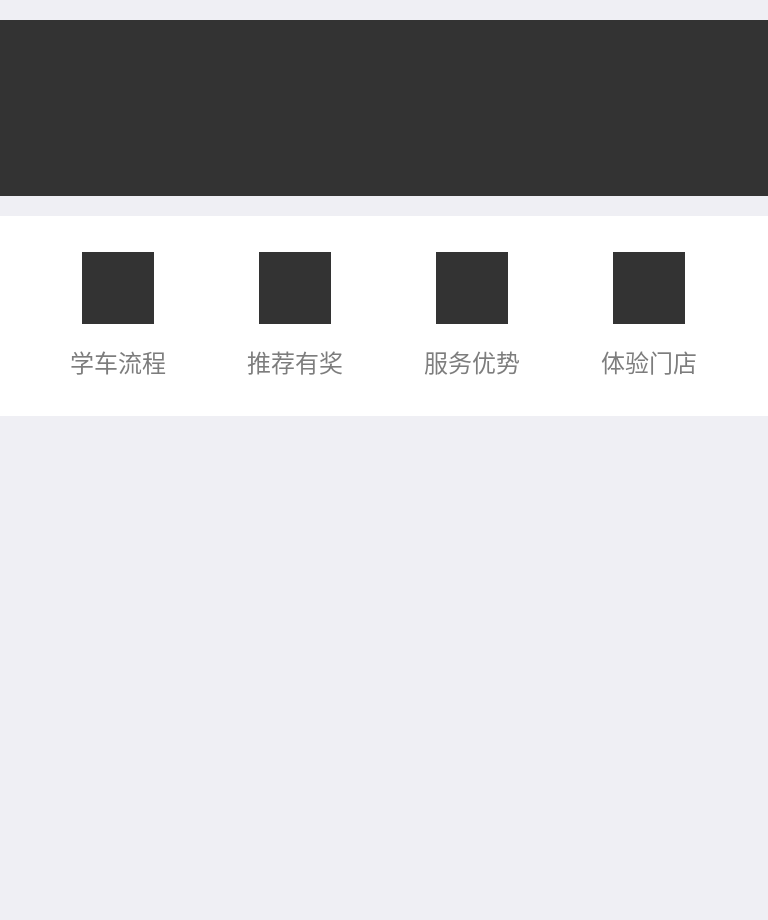
Repository: BugBang/paipaixueche
Layout: DGJP/res/layout/act_home_pager.xml
These files come from the project's save history. The layout is drawn as it stood at one moment and after the next save; the edit follows.
The pictures show rows 360 to 1280 of an output 1280 px tall.
It is drawn on a 768 x 1280 px phone screen (xhdpi) without system bars, with theme android:Theme; the app's code is not run.

Above is the layout before, as saved 2016-11-11 08:40:35.

### DGJP/res/layout/act_home_pager.xml
<?xml version="1.0" encoding="utf-8"?>

<LinearLayout
    xmlns:android="http://schemas.android.com/apk/res/android"
    xmlns:app="http://schemas.android.com/apk/res-auto"
    android:layout_width="match_parent"
    android:background="@color/gray_bg"
    android:layout_height="match_parent"
    android:orientation="vertical" >
    <RelativeLayout
        android:layout_width="match_parent"
	    android:layout_height="180dp">
       <!-- -->  <com.session.dgjp.view.CarouselView
	        android:id="@+id/top_ad_view"
	        android:layout_width="match_parent"
		    android:layout_height="180dp"
        />
        <RelativeLayout
            android:background="@android:color/transparent"
            android:orientation="horizontal"
            android:layout_width="match_parent"
            android:layout_height="@dimen/view_48"
            >
            <TextView
                android:id="@+id/tv_local"
                android:textColor="@color/white"
                android:layout_centerVertical="true"
                android:layout_marginLeft="@dimen/view_20"
                android:layout_width="wrap_content"
                android:layout_height="wrap_content"
                android:textSize="@dimen/text_medium_xx"
                android:text="@string/home_tv_local"
                />
            <TextView
                android:textColor="@color/white"
                android:layout_centerInParent="true"
                android:layout_width="wrap_content"
                android:layout_height="wrap_content"
                android:textSize="@dimen/text_title"
                android:text="@string/home_tv_title"
                />
            <TextView
                android:id="@+id/tv_call"
                android:textColor="@color/white"
                android:layout_centerVertical="true"
                android:layout_alignParentRight="true"
                android:layout_marginRight="@dimen/view_20"
                android:layout_width="wrap_content"
                android:layout_height="wrap_content"
                android:textSize="@dimen/text_medium_xx"
                android:text="@string/home_tv_call"
                />
        </RelativeLayout>
    </RelativeLayout>

    <ImageView
        android:layout_marginTop="@dimen/view_10"
        android:layout_width="match_parent"
        android:layout_height="@dimen/view_88"
        android:background="@color/black_333333"
        />

    <LinearLayout
        android:paddingLeft="@dimen/view_15"
        android:paddingRight="@dimen/view_15"
        android:orientation="horizontal"
        android:background="@color/white"
        android:layout_marginTop="@dimen/view_10"
        android:layout_width="match_parent"
        android:layout_height="@dimen/view_100"
        >
        <LinearLayout
            android:orientation="vertical"
            android:layout_width="0dp"
            android:layout_weight="1"
            android:gravity="center"
            android:layout_height="match_parent"
            >
            <ImageView
                android:layout_width="@dimen/view_36"
                android:layout_height="@dimen/view_36"
                android:background="@color/black_333333"
                />
            <TextView
                android:layout_marginTop="10dp"
                android:gravity="center"
                android:layout_width="match_parent"
                android:layout_height="wrap_content"
                android:text="学车流程"
                android:textSize="@dimen/text_medium_x"
                android:textColor="@color/text_gray_dark2"
                />

        </LinearLayout>
        <LinearLayout
            android:orientation="vertical"
            android:layout_width="0dp"
            android:layout_weight="1"
            android:gravity="center"
            android:layout_height="match_parent"
            >
            <ImageView
                android:layout_width="@dimen/view_36"
                android:layout_height="@dimen/view_36"
                android:background="@color/black_333333"
                />
            <TextView
                android:layout_marginTop="10dp"
                android:gravity="center"
                android:layout_width="match_parent"
                android:layout_height="wrap_content"
                android:text="推荐有奖"
                android:textSize="@dimen/text_medium_x"
                android:textColor="@color/text_gray_dark2"
                />
        </LinearLayout>
        <LinearLayout
            android:orientation="vertical"
            android:layout_width="0dp"
            android:layout_weight="1"
            android:gravity="center"
            android:layout_height="match_parent"
            >
            <ImageView
                android:layout_width="@dimen/view_36"
                android:layout_height="@dimen/view_36"
                android:background="@color/black_333333"
                />
            <TextView
                android:layout_marginTop="10dp"
                android:gravity="center"
                android:layout_width="match_parent"
                android:layout_height="wrap_content"
                android:text="服务优势"
                android:textSize="@dimen/text_medium_x"
                android:textColor="@color/text_gray_dark2"
                />

        </LinearLayout>
        <LinearLayout
            android:orientation="vertical"
            android:layout_width="0dp"
            android:gravity="center"
            android:layout_weight="1"
            android:layout_height="match_parent"
            >
            <ImageView
                android:layout_width="@dimen/view_36"
                android:layout_height="@dimen/view_36"
                android:background="@color/black_333333"
                />
            <TextView
                android:layout_marginTop="10dp"
                android:gravity="center"
                android:layout_width="match_parent"
                android:layout_height="wrap_content"
                android:text="体验门店"
                android:textSize="@dimen/text_medium_x"
                android:textColor="@color/text_gray_dark2"
                />
        </LinearLayout>


    </LinearLayout>

    <LinearLayout
        android:layout_marginTop="10dp"
        android:layout_width="match_parent"
        android:layout_height="160dp"
        android:orientation="horizontal"
        >
        <LinearLayout
            android:layout_width="0dp"
            android:layout_weight="1"
            android:layout_height="match_parent"
            >

        </LinearLayout>

         <LinearLayout
            android:layout_width="0dp"
            android:layout_weight="1"
            android:layout_height="match_parent"
            >

        </LinearLayout>

    </LinearLayout>

</LinearLayout>

### DGJP/res/values/colors.xml
<?xml version="1.0" encoding="utf-8"?>
<resources>

    <color name="common_background">#EBEBEB</color>
    <color name="common_background_transparent">#AAEBEBEB</color>
    <color name="dialog_background">#EEEEEE</color>
    <color name="text_title">#555555</color>
    <color name="divider">#D2D2D2</color>
    <color name="blue">#1990DE</color>
    <color name="blue_00BFF3">#00BFF3</color>
    <color name="red">#FF3000</color>
    <color name="red_FF0808">#FF0808</color>
    <color name="red_pressed">#DD2222</color>
    <color name="pure_red">#FF0000</color>
    <color name="gray">#B8B8B8</color>
    <color name="blue_press">#0F7CC4</color>
    <color name="stroke_blue">#1990DE</color>
    <color name="white">#FFFFFF</color>
    <color name="bg_message_time">#F4F4F4</color>
    <color name="green_00A00B">#00A00B</color>
    <color name="gray_666666">#666666</color>
    <color name="gray_999999">#999999</color>
    <color name="gray_A8A8A8">#A8A8A8</color>
    <color name="gray_ADADAD">#ADADAD</color>
    <color name="gray_9B9B9B">#9B9B9B</color>
    <color name="gray_EFEFEF">#EFEFEF</color>
    <color name="gray_F3F3F3">#F3F3F3</color>
    <color name="gray_A3A3A3">#A3A3A3</color>
    <color name="orange_FF7200">#FF7200</color>
    <color name="orange_E56701">#E56701</color>
    <color name="gray_D7D7D7">#D7D7D7</color>
    <color name="gray_D2D2D2">#D2D2D2</color>
    <color name="gray_EDEDED">#EDEDED</color>
    <color name="yellow_FEB53F">#FEB53F</color>
    <color name="blue_68DAFC">#68DAFC</color>
    <color name="black_333333">#333333</color>
    <color name="gray_888888">#888888</color>
    <color name="gray_F4F4F4">#F4F4F4</color>
    <color name="gray_F2F2F2">#F2F2F2</color>
    <color name="gray_EEEEEE">#EEEEEE</color>
    <color name="gray_989898">#989898</color>
    <color name="gray_CCCCCC">#CCCCCC</color>
    <color name="gray_FAFAFA">#FAFAFA</color>
    <color name="gray_F8F8F8">#F8F8F8</color>
    <color name="gray_bg">#efeff4</color>

    <!-- 字体颜色 -->
    <color name="text_blue">@color/blue</color>
    <color name="text_blue_press">@color/blue_press</color>
    <color name="text_gray">#919191</color>
    <color name="text_white">@color/white</color>
    <color name="text_orange">#FF7200</color>
    <color name="text_hint">#B8B8B8</color>
    <color name="text_msg">#707070</color>
    <color name="text_black">#333333</color>
    <color name="text_gray_dark">#888888</color>
    <color name="text_gray_dark2">#7d7d7d</color>
    <color name="text_about_version">#9E9E9E</color>
    <color name="text_about_declare">#AAAAAA</color>
    <color name="text_id_blue">#0E6CEC</color>
    <color name="radio_text_normal">#606060</color>
    <color name="red_FC7D0D">#FC7D0D</color>

    <!-- 扫描二维码 -->
    <color name="result_view">#b0000000</color>
    <color name="viewfinder_mask">#60000000</color>
    <color name="possible_result_points">#00000000</color>

</resources>

### DGJP/res/values/dimens.xml
<?xml version="1.0" encoding="utf-8"?>
<resources>
    <!-- 界面 -->
    <dimen name="title_height">49dp</dimen>
    <dimen name="divider">1px</dimen>
    <dimen name="divider_minus">-1px</dimen>
    <dimen name="stroke">@dimen/view_1</dimen>
    <dimen name="btn_corner">3dp</dimen>
    <dimen name="dialog_corner">5dp</dimen>
    <dimen name="stroke_null">-1dp</dimen>
    <dimen name="msg_ring">18dp</dimen>
    <dimen name="about_logo">56dp</dimen>

    <!-- 常量 -->
    <dimen name="view_minus_1">-1dp</dimen>
    <dimen name="view_0">0dp</dimen>
    <dimen name="view_1">1dp</dimen>
    <dimen name="view_2">2dp</dimen>
    <dimen name="view_2_5">2.5dp</dimen>
    <dimen name="view_3">3dp</dimen>
    <dimen name="view_3_5">3.5dp</dimen>
    <dimen name="view_4">4dp</dimen>
    <dimen name="view_5">5dp</dimen>
    <dimen name="view_6">6dp</dimen>
    <dimen name="view_6_5">6.5dp</dimen>
    <dimen name="view_7">7dp</dimen>
    <dimen name="view_7_5">7.5dp</dimen>
    <dimen name="view_8">8dp</dimen>
    <dimen name="view_9">9dp</dimen>
    <dimen name="view_10">10dp</dimen>
    <dimen name="view_11">11dp</dimen>
    <dimen name="view_12">12dp</dimen>
    <dimen name="view_13">13dp</dimen>
    <dimen name="view_14">14dp</dimen>
    <dimen name="view_15">15dp</dimen>
    <dimen name="view_16">16dp</dimen>
    <dimen name="view_17">17dp</dimen>
    <dimen name="view_18">18dp</dimen>
    <dimen name="view_19">19dp</dimen>
    <dimen name="view_20">20dp</dimen>
    <dimen name="view_21">21dp</dimen>
    <dimen name="view_22">22dp</dimen>
    <dimen name="view_23">23dp</dimen>
    <dimen name="view_25">25dp</dimen>
    <dimen name="view_24">24dp</dimen>
    <dimen name="view_26">26dp</dimen>
    <dimen name="view_27">27dp</dimen>
    <dimen name="view_29">29dp</dimen>
    <dimen name="view_30">30dp</dimen>
    <dimen name="view_31">31dp</dimen>
    <dimen name="view_32">32dp</dimen>
    <dimen name="view_33">33dp</dimen>
    <dimen name="view_34">34dp</dimen>
    <dimen name="view_35">35dp</dimen>
    <dimen name="view_36">36dp</dimen>
    <dimen name="view_39">39dp</dimen>
    <dimen name="view_40">40dp</dimen>
    <dimen name="view_42">42dp</dimen>
    <dimen name="view_44">44dp</dimen>
    <dimen name="view_48">48dp</dimen>
    <dimen name="view_49">49dp</dimen>
    <dimen name="view_50">50dp</dimen>
    <dimen name="view_60">60dp</dimen>
    <dimen name="view_65">65dp</dimen>
    <dimen name="view_68">68dp</dimen>
    <dimen name="view_74">74dp</dimen>
    <dimen name="view_80">80dp</dimen>
    <dimen name="view_88">88dp</dimen>
    <dimen name="view_100">100dp</dimen>
    <dimen name="view_136">136dp</dimen>
    <dimen name="view_150">150dp</dimen>
    <dimen name="view_170">170dp</dimen>
    <dimen name="view_180">180dp</dimen>
    <dimen name="view_234">234dp</dimen>
    <dimen name="view_260">260dp</dimen>

    <!-- 引用常量的配置 -->
    <dimen name="login_logo_padding">@dimen/view_30</dimen>
    <dimen name="et_right">@dimen/view_0</dimen>
    <dimen name="et_corner">@dimen/view_1</dimen>
    <dimen name="pager_paddding">8.5dp</dimen>
    <dimen name="et_login_height">@dimen/view_50</dimen>
    <dimen name="et_paddding">@dimen/view_15</dimen>
    <dimen name="et_drawable_paddding">@dimen/view_5</dimen>
    <dimen name="btn_small">@dimen/view_30</dimen>
    <dimen name="btn_medium">36.5dp</dimen>
    <dimen name="login_et_margin_top">@dimen/view_30</dimen>
    <dimen name="about_menu_height">@dimen/view_50</dimen>
    <dimen name="about_person_info_height">@dimen/view_30</dimen>

    <!-- 字体 -->
    <!-- <dimen name="text_small">13sp</dimen>
    <dimen name="text_small_x">14sp</dimen> -->
    <dimen name="text_small">9sp</dimen>
    <dimen name="text_9_5">9.5sp</dimen>
    <dimen name="text_small_x">10sp</dimen>
    <dimen name="text_medium">11sp</dimen>
    <dimen name="text_medium_x">12sp</dimen>
    <dimen name="text_12_5">12.5sp</dimen>
    <dimen name="text_medium_xx">13sp</dimen>
    <dimen name="text_medium_xxx">14sp</dimen>
    <dimen name="text_large">15sp</dimen>
    <dimen name="text_title">16sp</dimen>
    <dimen name="text_btn">18sp</dimen>
    <dimen name="password_text">15sp</dimen>
</resources>

### DGJP/res/values/strings.xml
<?xml version="1.0" encoding="utf-8"?>
<resources>

    <!-- 通用 -->
    <string name="colon">：</string>
    <string name="confirm">确定</string>
    <string name="cancel">取消</string>
    <string name="default_error_msg">应用异常，请稍后重试</string>
    <string name="query_datas_fail">查询数据失败，请稍后重试</string>
    <string name="no_data">无记录</string>
    <string name="unknown">未知</string>
    <string name="querying">正在查询</string>
    <string name="submitting_request">正在提交请求</string>
    <string name="submit_fail">请求失败</string>
    <string name="operation_success">操作成功</string>
    <string name="back">返回</string>
    <string name="hint">提示</string>

    <!-- 密码 -->
    <string name="set_password_hint">请设置您的支付密码以便后续操作</string>
    <string name="set_password">设置支付密码</string>
    <string name="modify_password">修改支付密码</string>
    <string name="old_password">原密码</string>
    <string name="new_password">新密码</string>
    <string name="new_password_again">确认新密码</string>
    <string name="hint_old">请输入原密码</string>
    <string name="hint_new">请输入6位数字的新密码</string>
    <string name="hint_new_again">请再次输入新密码</string>
    <string name="id_card">身份证号码</string>
    <string name="id_card_hint">请输入身份证号码</string>
    <string name="verify_code">验证码</string>
    <string name="save">保存</string>

    <!-- 预约时间选择 -->
    <string name="select_date">选择日期</string>
    <string name="select_period">选择时段</string>
    <string name="app_name">拍拍学车</string>
    <string name="version_name">1.0.7</string>

    <!-- 扫描二维码 -->
    <string name="scan">扫描二维码</string>
    <string name="scan_text">将二维码放入框内，即可自动扫描</string>
    <string name="scan_result_abnormal">扫描结果异常</string>

    <!-- 登录 -->
    <string name="hint_input_phone">请输入手机号码</string>
    <string name="hint_input_captcha">请输入验证码</string>
    <string name="get_captcha">获取验证码</string>
    <string name="login">登录</string>
    <string name="register">注册</string>
    <string name="toast_input_phone">请输入手机号码</string>
    <string name="toast_input_right_phone">请输入正确的手机号码</string>
    <string name="toast_get_captcha">请先获取验证码</string>
    <string name="toast_input_captcha">请输入验证码</string>
    <string name="toast_input_right_captcha">请输入正确的验证码</string>

    <!-- 注册 -->
    <string name="name">请输入姓名</string>
    <string name="id_num">请输入身份证号码</string>
    <string name="region">请选择所在地区</string>
    <string name="branch_sch">请选择报名分校</string>

    <!-- 个人中心 -->
    <string name="logout">退出登录</string>
    <string name="about">关于</string>
    <string name="personal_center">个人中心</string>
    <string name="modify_pay_pwd">修改支付密码</string>
    <string name="reset_pay_pwd">重置支付密码</string>
    <string name="my_wallet">我的钱包</string>
    <string name="my_coupon">我的优惠券</string>
    <string name="personal_info">个人资料</string>
    <string name="version_update">版本更新</string>
    <string name="declare">声明：</string>
    <string name="id">身份证号码：</string>
    <string name="address">住址：</string>
    <string name="school_registration">报名分校：</string>
    <string name="time_registration">报名时间：</string>
    <string name="contact_phone">联系电话：</string>
    <string name="balance">当前余额：</string>
    <string name="balance2">余额：</string>
    <string name="yuan">元</string>
    <string name="rmb">￥</string>
    <string name="unusable_coupon">查看不可用券</string>

    <!-- 主页 -->
    <!-- 预约教练 -->
    <string name="order_times">预约次数</string>
    <string name="order">单</string>
    <string name="book">预约</string>
    <string name="search_by_trainer_name">按教练姓名查询</string>
    <string name="search_school_yard">搜索培训分校场地</string>
    <string name="service_phone">服务电话</string>
    <string name="phone">电话</string>
    <string name="_address">地址</string>
    <string name="vicinity">附近</string>
    <string name="school_no_trainer">该分校没有可预约教练</string>
    <string name="your_apply_school">您的报名分校</string>
    <string name="your_last_school">您上一次培训场地</string>
    <string name="my_location">我的位置</string>

    <!-- 地图 -->
    <string name="school_no_location">该分校没有提供位置信息</string>

    <!-- 我的预约 -->
    <string name="my_order">我的预约</string>
    <string name="training_record">培训记录</string>
    <string name="waiting_confirm">待确认</string>
    <string name="confirmed">已确认</string>
    <string name="in_training">培训中</string>
    <string name="cancel_order">取消订单</string>
    <string name="start_sign_in">开始签到</string>
    <string name="end_sign_in">结束签到</string>
    <string name="training_course">培训课程</string>
    <string name="order_time">预约时间</string>
    <string name="order_trainer">预约教练</string>
    <string name="order_status">订单状态</string>
    <string name="course">课程</string>
    <string name="time">时间</string>
    <string name="trainer">教练</string>
    <string name="status">状态</string>
    <string name="confirm_order">确认订单</string>
    <string name="pay">支付</string>
    <string name="operate_fail_update_app">操作失败，请更新应用</string>

    <!-- 历史订单 -->
    <string name="history_order">历史订单</string>
    <string name="finished">完成</string>
    <string name="evaled">查看评价</string>
    <string name="_eval">评价</string>
    <string name="training_car">培训车辆</string>

    <!-- 预约学车 -->
    <string name="period">学时</string>
    <string name="training_period">培训学时</string>
    <string name="training_address">培训地址</string>
    <string name="submit_order">提交订单</string>
    <string name="booking_driving_training">预约学车</string>
    <string name="car">车辆</string>
    <string name="select_car">选择车辆</string>
    <string name="get_cars_fail">获取车辆信息失败</string>
    <string name="fee">费用</string>
    <string name="training_fee">培训费用</string>
    <string name="actual_payment">实际支付</string>
    <string name="please_select_car">请选择车辆</string>
    <string name="please_select_period">请选择时段</string>
    <string name="period_must_be_consecutive">必须选择连续的预约时段</string>
    <string name="trainer_no_order">该教练暂无可预约时段</string>
    <string name="course_no_order">该科目未来7天内没有培训计划</string>
    <string name="_trainer_name">教练姓名</string>
    <string name="belong_school">所属分校</string>
    <string name="branch_school">分校</string>
    <string name="order_detail">订单详情</string>
    <string name="canceling_order">正在取消订单</string>
    <string name="cancel_fail">取消失败</string>

    <!-- 支付 -->
    <string name="order_payment">订单支付</string>
    <string name="pay_password">支付密码</string>
    <string name="please_input_pay_password">请输入支付密码。</string>
    <string name="payment_verification">支付验证</string>
    <string name="unselect_coupon">不使用优惠券</string>
    <string name="settlement_amount">结算金额</string>
    <string name="original_price">原价</string>
    <string name="_original_price">原&#8195;价</string>
    <string name="preferential_price">活动价</string>
    <string name="preferential_amount">已优惠</string>
    <string name="pay_type">支付方式</string>
    <string name="we_chat">微信</string>
    <string name="alipay">支付宝</string>
    <string name="query_pay_type_fail">查询支付方式失败</string>
    <string name="please_select_pay_type">请选择支付方式</string>
    <string name="paying">正在支付</string>
    <string name="pay_fail">支付失败</string>
    <string name="confirm_payment">确认支付</string>
    <string name="pay_fee">支付费用</string>
    <string name="remaining_time">剩余时间</string>
    <string name="please_select_yue">结算金额为0.00元，请使用余额支付。</string>
    <string name="balance_insufficient">余额不足</string>

    <!-- 我的消息 -->
    <string name="my_message">我的消息</string>
    <string name="get_message_fail">获取消息失败</string>
    <string name="delete_message_fail">删除消息失败</string>
    <string name="delete_record_or_not">是否删除该记录？</string>

    <string-array name="message_operations">
        <item>删除</item>
    </string-array>

    <!-- 培训点评 -->
    <string name="training_evaluation">培训点评</string>
    <string name="evaluation_detail">评价详情</string>
    <string name="training_complete">培训完成</string>
    <string name="anonymous_evaluation">匿名评价</string>
    <string name="duration">时长</string>
    <string name="submit_anonymous_evaluation">提交匿名评价</string>
    <string name="select_label">选择标签</string>
    <string name="suggestion_and_complaint_hint">其它建议和投诉（内容匿名，学员放心填写）</string>
    <string name="get_labels_fail">获取标签列表失败</string>
    <string name="submit_evaluation_or_not">是否提交评价？</string>

    <!-- 首页底部栏 -->
    <string name="bottom_home">首页</string>
    <string name="bottom_drive">练车</string>
    <string name="person_center">我</string>

     <!-- 首页顶部栏 -->
    <string name="home_tv_local">深圳</string>
    <string name="home_tv_title">拍拍学车</string>
    <string name="home_tv_call">客服</string>


</resources>

After the next save:
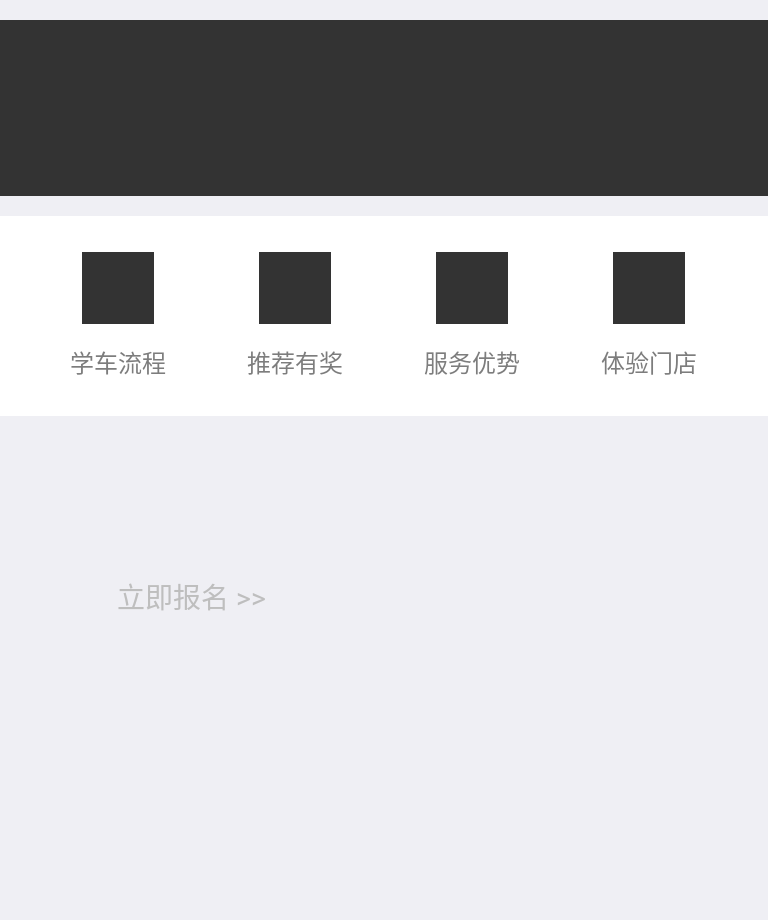
Saved 3 min 2 s later.
--- a/DGJP/res/layout/act_home_pager.xml
+++ b/DGJP/res/layout/act_home_pager.xml
@@ -170,14 +170,21 @@
         android:orientation="horizontal"
         >
         <LinearLayout
+            android:gravity="center"
             android:layout_width="0dp"
             android:layout_weight="1"
             android:layout_height="match_parent"
             >
+            <TextView
+                android:layout_width="wrap_content"
+                android:layout_height="wrap_content"
+                android:text="立即报名 >>"
+                />
 
         </LinearLayout>
 
          <LinearLayout
+             android:gravity="center"
             android:layout_width="0dp"
             android:layout_weight="1"
             android:layout_height="match_parent"
